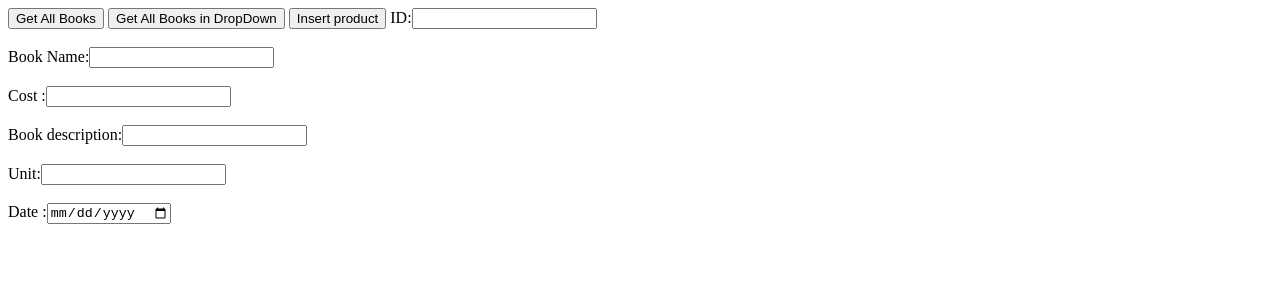
Repository: PranavDwagh/Spring-Boot-MVC-and-RestAPI
Page: GroceryAssignmentRestAPI/src/main/resources/static/jq.html
The author's editor kept a copy of each file at every save. The page is drawn from the files as they stood at one save, then again after the next save.
The browser window is 1280 px wide. The pictures show the whole page.

Above is the page before, as saved 2022-02-02 03:52:12.

After the next save:
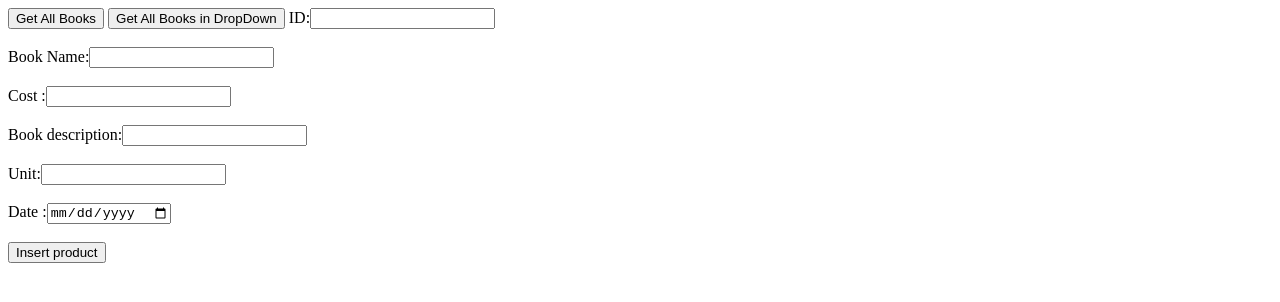
Saved 13 h 34 min later.
--- a/GroceryAssignmentRestAPI/src/main/resources/static/jq.html
+++ b/GroceryAssignmentRestAPI/src/main/resources/static/jq.html
@@ -68,13 +68,14 @@
 <body>
     <button id="b1">Get All Books</button>
     <button id="b2">Get All Books in DropDown</button>
-    <button id="b3">Insert product</button>
+
     ID:<input type="number" name="" id="id"/><br><br>
     Book Name:<input type="text" name="" id="name"/><br><br>
     Cost :<input type="number" name="" id="cost"/><br><br>
     Book description:<input type="description" name="" id="desc"/><br><br>
     Unit:<input type="unit" name="" id="desc"/><br><br>
     Date :<input type="date" name="" id="date"/><br><br>
+     <button id="b3">Insert product</button>
 	<br><br>
     <p id="dis"></p>
 </body>
